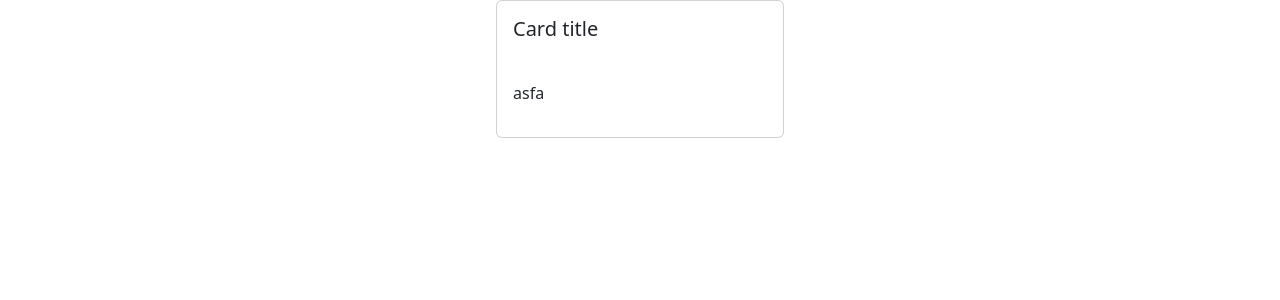
Repository: AndreyMykulych/javascript
Page: 14/index.html
These files come from the project's save history. The page is drawn as it stood at one moment and after the next save; the edit follows.
The browser window is 1280 px wide. The pictures show the whole page.
The page's requests for data from a server got no answer.

Above is the page before, as saved 2023-05-11 00:26:58.

After the next save:
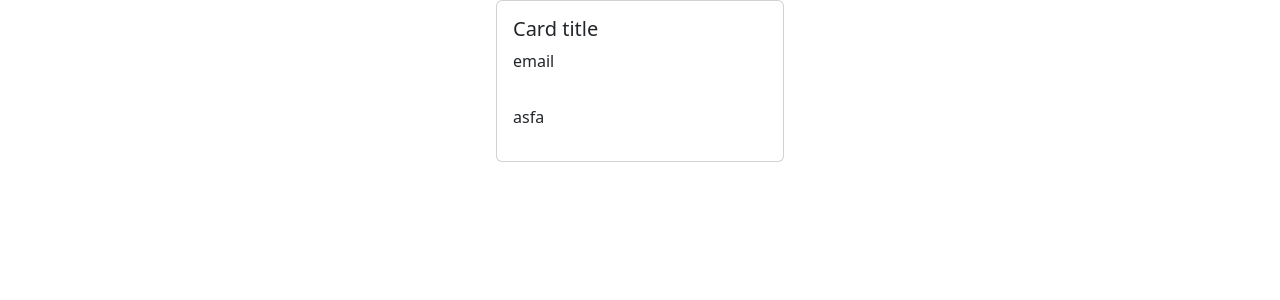
Saved 88 s later.
--- a/14/index.html
+++ b/14/index.html
@@ -16,6 +16,7 @@
             <div class="card"  style="width: 18rem;">
                 <div class="card-body ">
                     <h5 class="card-title">Card title</h5>
+                    <p class="card-text">email</p>
                  </div>
                  <div class="card-body">
                     <p class="">asfa</p>
